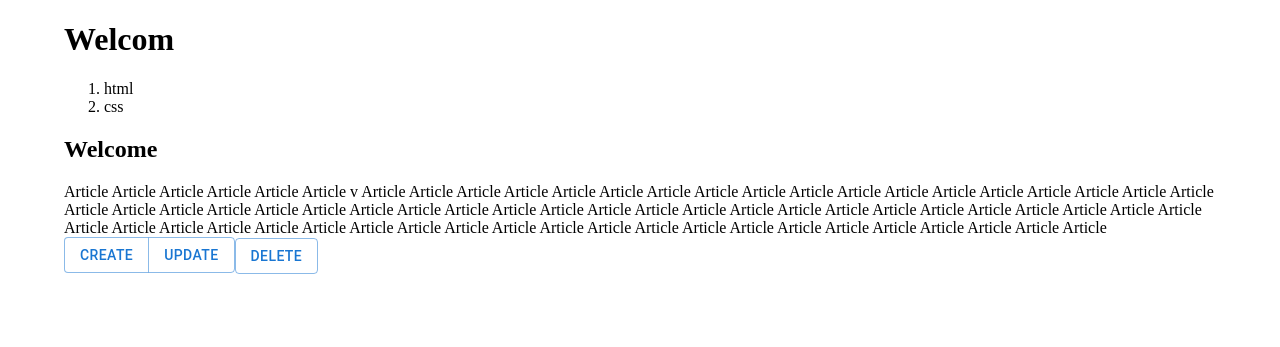
Repository: chlwpdnswku/nextjsportpolioclone
Page: /
The author's editor kept a copy of each file at every save. The page is drawn from the files as they stood at one save, then again after a run of saves.
The browser window is 1280 px wide. The pictures show the whole page.
The project was rebuilt for these pictures with package versions that can differ from the ones it lists, and the page was loaded fresh each time. The framework's server and built-in components were replaced by stand-ins that run in the browser. Also part of the build but not shown: next.config.js.

Above is the page before, as saved 2022-08-05 16:06:22.

After the next 2 saves:
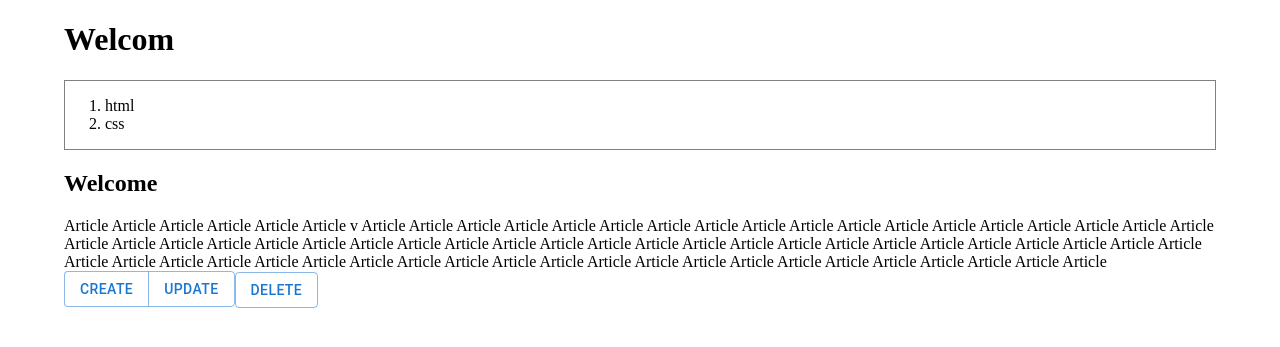
The 2 saves are shown as one change because they came seconds apart.
The last was saved 84 s later.
--- a/pages/index.tsx
+++ b/pages/index.tsx
@@ -25,7 +25,7 @@ function Header() {
 
 function Nav() {
   return (
-    <nav>
+    <nav style={{ border: '1px solid gray' }}>
       <ol>
         <li>html</li>
         <li>css</li>
